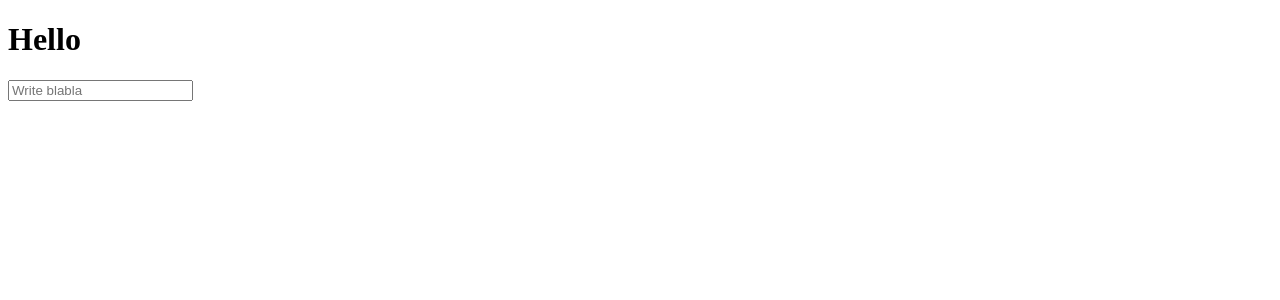
Repository: jangth0655/redux-toolkit
Page: /
These files come from the project's save history. The page is drawn as it stood at one moment and after the next save; the edit follows.
The browser window is 1280 px wide. The pictures show the whole page.
The page's requests for data from a server got no answer. The project was rebuilt for these pictures with package versions that can differ from the ones it lists, and the page was loaded fresh each time. No one was signed in, and anything a server would have sent is missing.

Above is the page before, as saved 2022-01-30 21:22:37.

After the next save:
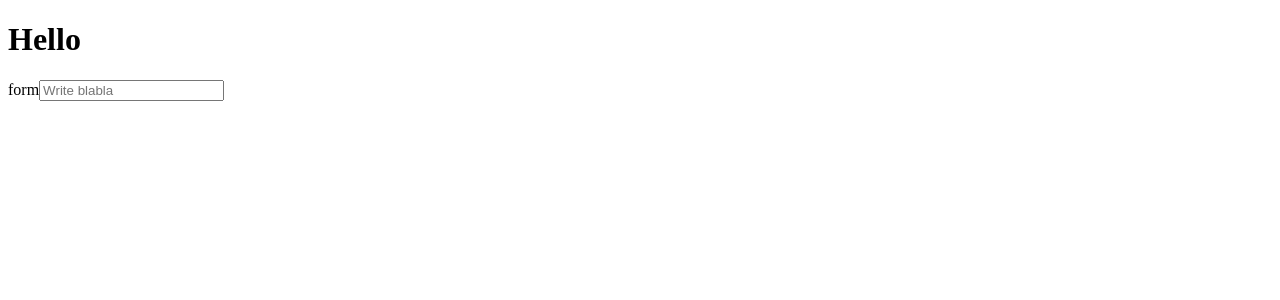
Saved 18 s later.
--- a/src/App.jsx
+++ b/src/App.jsx
@@ -23,6 +23,7 @@ function App() {
     <>
       <h1 className="App">Hello</h1>
       <form onSubmit={onSubmit}>
+        <label>form</label>
         <input
           value={text}
           type="text"
